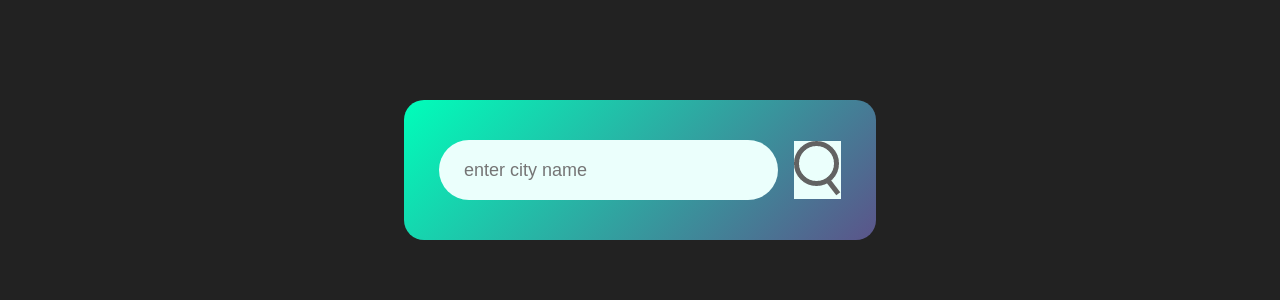
Repository: Rohit-foryou/Weather-app
Page: Weather App/Weather.html
An editor plug-in stored every save of this project. The page is shown before and after the next save, followed by the edit.
The browser window is 1280 px wide. The pictures show the whole page.

Above is the page before, as saved 2023-12-13 14:20:47.

After the next save:
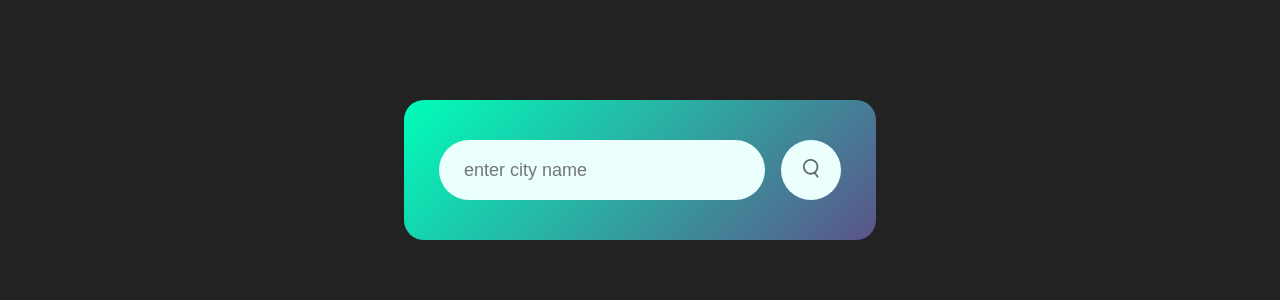
Saved 55 s later.
--- a/Weather App/Weather.css
+++ b/Weather App/Weather.css
@@ -44,5 +44,12 @@ body{
     border: 0;
     outline: 0;
     background: #ebfffc;
+    border-radius: 50%;
+    width: 60px;
+    height: 60px;
+    cursor: pointer;
+}
 
+.search button img{
+    width: 16px;
 }
